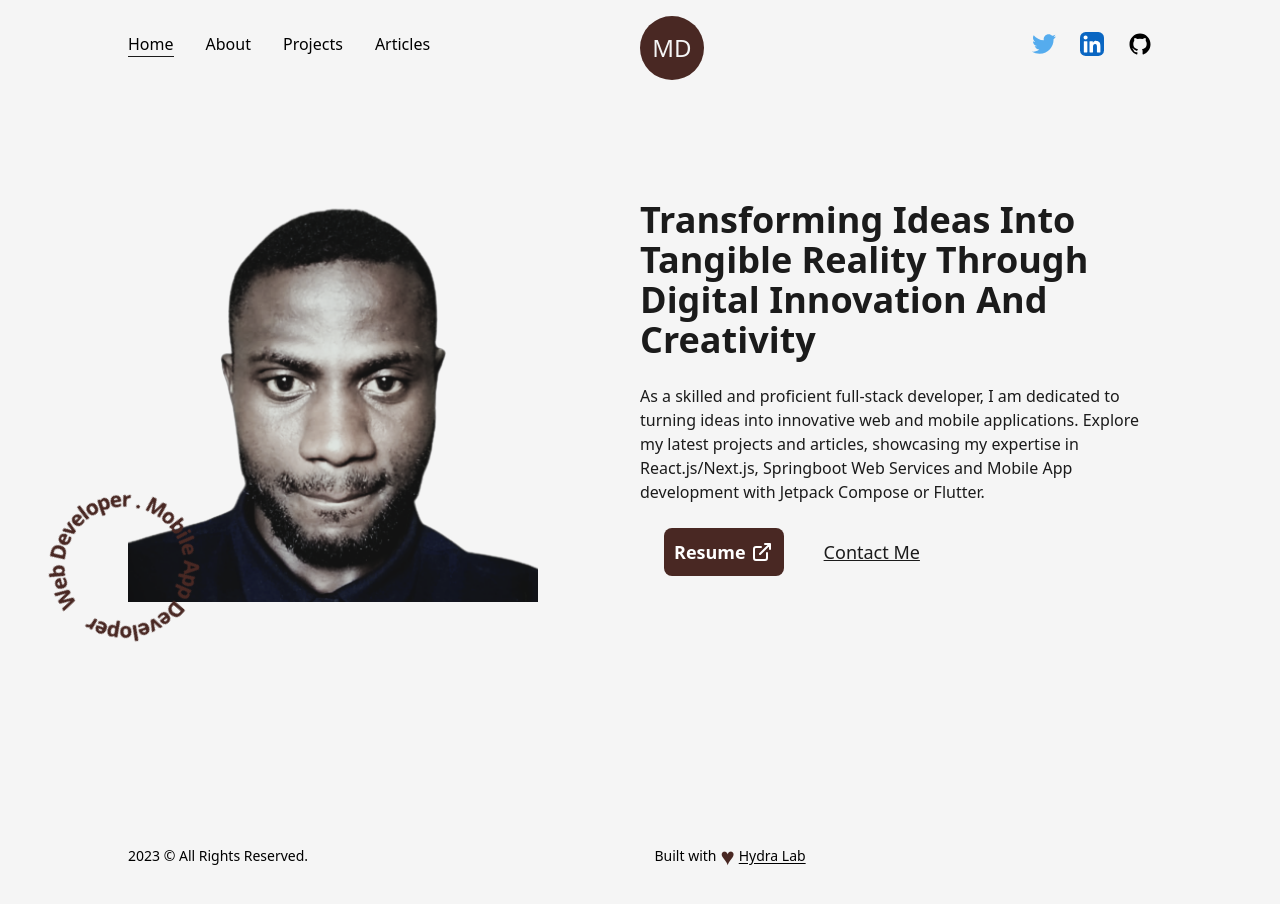
Repository: marcusdashe/situs
Page: /
An editor plug-in stored every save of this project. The page is shown before and after the next save, followed by the edit.
The browser window is 1280 px wide. The pictures show the whole page.
The project was rebuilt for these pictures with package versions that can differ from the ones it lists, and the page was loaded fresh each time. The framework's server and built-in components were replaced by stand-ins that run in the browser.

Above is the page before, as saved 2023-06-16 18:13:00.

### src/pages/_app.js
import Footer from "@/components/Footer";
import Navbar from "@/components/Navbar";
import "@/styles/globals.css";
import Head from "next/head";
// import { IBM_Plex_Sans } from "next/font/google";

// const ibm = IBM_Plex_Sans({
//   subsets: ["latin"],
//   variable: "--font-mont",
// });

export default function App({ Component, pageProps }) {
  return (
    <>
      <Head>
        <meta name="viewport" content="width=device-width, initial-scale=1" />
        <link rel="icon" href="/favicon.ico" />
      </Head>
      <main className={`  bg-light w-full min-h-screen`}>
        <Navbar />
        <Component {...pageProps} />
        <Footer />
      </main>
    </>
  );
}

### src/components/Footer.jsx
import React from "react";
import Layout from "./Layout";
import Link from "next/link";

const Footer = () => {
  return (
    <footer className="w-full border-t-1 border-solid border-primaryDark font-medium text-sm ">
      <Layout className="py-8 flex items-center justify-between">
        <span>{new Date().getFullYear()} &copy; All Rights Reserved.</span>
        <div className="flex items-center">
          Built with{" "}
          <span className="text-primaryDark text-2xl px-1">&hearts;</span>
          <Link href="/" className="underline underline-offset-2">
            Hydra Lab
          </Link>
        </div>
        <Link href="/"></Link>
      </Layout>
    </footer>
  );
};

export default Footer;

### src/components/Navbar.jsx
import React from "react";
import { useRouter } from "next/router";
import Link from "next/link";
import Logo from "./Logo";
import { TwitterIcon, GithubIcon, LinkedInIcon } from "./Icons";
import { motion } from "framer-motion";

const CustomLink = ({ href, title, className = "" }) => {
  const router = useRouter();

  return (
    <Link href={href} className={`${className} relative group`}>
      {title}
      <span
        className={`h-[1px] inline-block bg-dark absolute left-0 -bottom-0.5 group-hover:w-full transition-[width] ease duration-300 ${
          router.asPath === href ? "w-full" : "w-0"
        }`}
      >
        &nbsp;
      </span>
    </Link>
  );
};

const Navbar = () => {
  return (
    <header
      className="w-full px-32 py-8 font-medium
            flex items-center justify-between"
    >
      <nav>
        <CustomLink href="/" title="Home" className="mr-4" />
        <CustomLink href="/about" title="About" className="mx-4" />
        <CustomLink href="/projects" title="Projects" className="mx-4" />
        <CustomLink href="/articles" title="Articles" className="ml-4" />
      </nav>

      <nav className="flex items-center justify-center flex-wrap">
        <motion.a
          href="https://www.twitter.com/marcusdashe"
          target={"_blank"}
          whileHover={{
            y: -2,
          }}
          whileTap={{ scale: 0.9 }}
          className="w-6 mx-3"
        >
          <TwitterIcon className="" />
        </motion.a>
        <motion.a
          href="https://www.linkedin.com/in/marcus-dashe-15a088202"
          target={"_blank"}
          whileHover={{
            y: -2,
          }}
          whileTap={{ scale: 0.9 }}
          className="w-6 mx-3"
        >
          <LinkedInIcon />
        </motion.a>
        <motion.a
          href="https://www.github.com/marcusdashe"
          target={"_blank"}
          whileHover={{
            y: -2,
          }}
          whileTap={{ scale: 0.9 }}
          className="w-6 ml-3"
        >
          <GithubIcon />
        </motion.a>
      </nav>
      <div className="absolute left-[50%] top-2 translate-x-[-50]">
        <Logo />
      </div>
    </header>
  );
};

export default Navbar;

### src/styles/globals.css
@import url("https://fonts.googleapis.com/css2?family=IBM+Plex+Sans:ital,wght@0,100;0,200;0,300;1,100;1,200&family=Inter:wght@300;400;500;600;700;800;900&display=swap");

@tailwind base;
@tailwind components;
@tailwind utilities;

### src/components/Layout.jsx
import React from "react";

const Layout = ({ children, className = "" }) => {
  return (
    <div className={`${className} w-full inline-block z-0 bg-light p-32`}>
      {children}
    </div>
  );
};

export default Layout;

### src/components/AnimatedText.jsx
import React from "react";
import { motion } from "framer-motion";

const quote = {
  initial: {
    opacity: 1,
  },
  animate: {
    opacity: 1,
    transition: {
      delay: 0.5,
      staggerChildren: 0.08,
    },
  },
};

const singleWord = {
  initial: {
    opacity: 0,
    y: 50,
  },
  animate: {
    opacity: 1,
    y: 0,
    transition: {
      duration: 1,
    },
  },
};

const AnimatedText = ({ text, className = "" }) => {
  return (
    <div className="w-full mx-auto py-2 flex items-center justify-center text-center overflow-hidden ">
      <motion.h1
        className={`inline-block w-full text-dark font-bold capitalize text-4xl ${className}`}
        variants={quote}
        initial="initial"
        animate="animate"
      >
        {text.split(" ").map((word, index) => (
          <motion.span
            key={index}
            className="inline-block"
            variants={singleWord}
          >
            {word}&nbsp;
          </motion.span>
        ))}
      </motion.h1>
    </div>
  );
};

export default AnimatedText;

### src/components/HireMe.jsx
import React from "react";
import { CircularText } from "./Icons";

const HireMe = () => {
  return (
    <div className="fixed left-4 bottom-4 flex items-center justify-center overflow-hidden">
      <div className="w-48 h-auto flex items-center justify-center relative">
        <CircularText className="fill-primaryDark animate-spin-slow" />
      </div>
    </div>
  );
};

export default HireMe;

### src/components/Logo.jsx
"use client";

import React from "react";
import Link from "next/link";
import { motion } from "framer-motion";

const MotionLink = motion(Link);

const Logo = () => {
  return (
    <div className="flex items-center justify-center mt-2">
      <MotionLink
        href="/"
        className="w-16 h-16 bg-primaryDark text-light flex items-center
        justify-center rounded-full text-2xl  hover
      "
        whileHover={{
          scale: 1.5,
          backgroundColor: [
            "#121212",
            "rgba(131,58,180,1)",
            "rgba(253,29,29,1)",
            "rgba(252,176,69,1)",
            "rgba(131,58,180,1)",
            "#121212",
          ],
          transition: {
            duration: 1,
            repeat: Infinity,
          },
        }}
      >
        MD
      </MotionLink>
    </div>
  );
};

export default Logo;

### tailwind.config.js
/** @type {import('tailwindcss').Config} */
const { fontFamily } = require("tailwindcss/defaultTheme");

module.exports = {
  content: [
    // "./app/**/*.{js,ts,jsx,tsx,mdx}",
    // "./pages/**/*.{js,ts,jsx,tsx,mdx}",
    // "./components/**/*.{js,ts,jsx,tsx,mdx}",

    // Or if using `src` directory:
    "./src/**/*.{js,ts,jsx,tsx,mdx}",
  ],
  theme: {
    extend: {
      fontFamily: {
        // mont: ["var(--font-mont)", ...fontFamily.sans],
      },
      colors: {
        dark: "#1b1b1b",
        light: "#f5f5f5",
        primary: "#B63E96", // 240,86,199
        primaryDark: "#492823", // 80,230,217
      },
      animation: {
        "spin-slow": "spin 5s linear infinite",
      },
    },
  },
  plugins: [],
};

Loaded but not shown: src/pages/index.js (67 lines, source omitted); src/components/Icons.jsx (474 lines, source omitted)

After the next save:
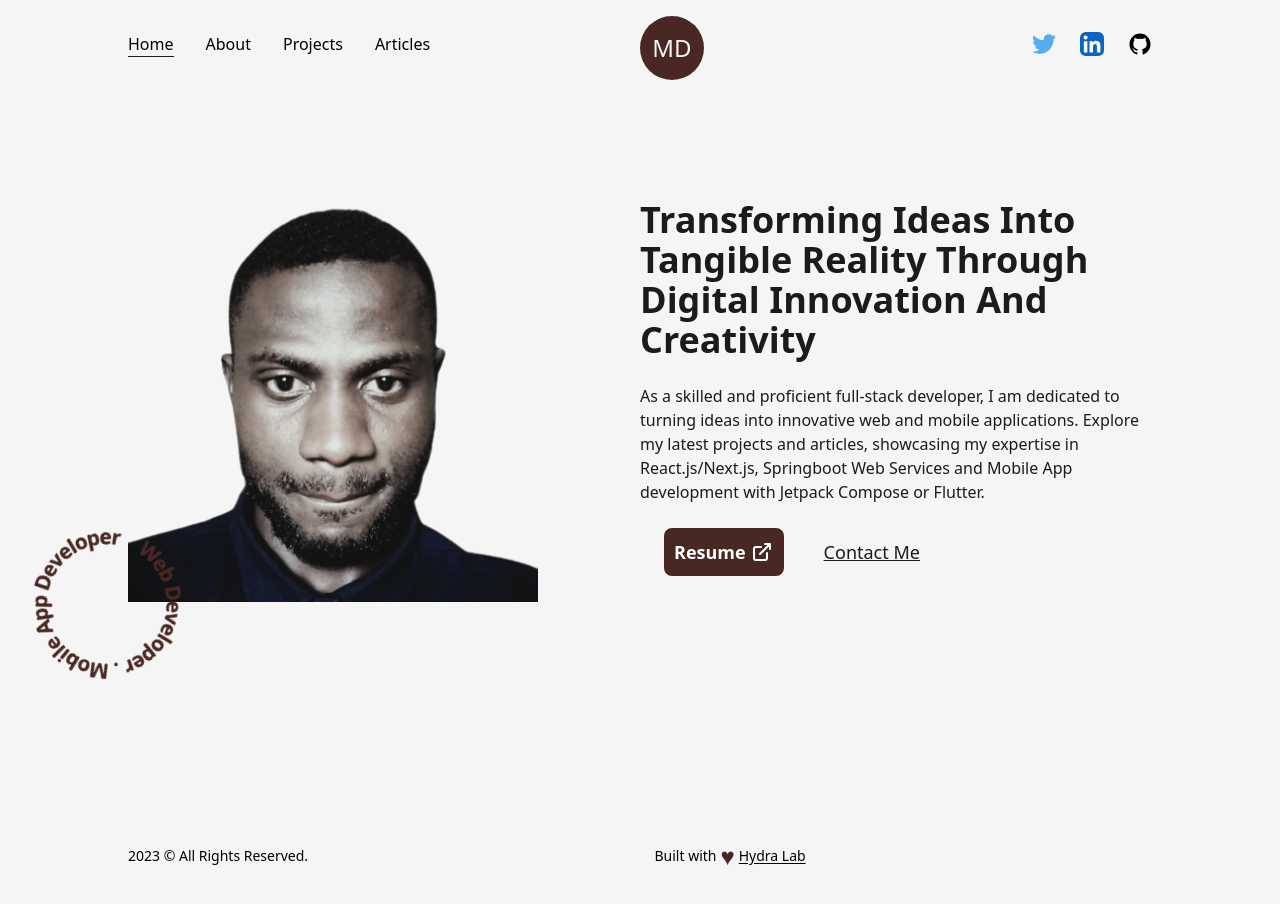
Saved 8 s later.
--- a/tailwind.config.js
+++ b/tailwind.config.js
@@ -22,7 +22,7 @@ module.exports = {
         primaryDark: "#492823", // 80,230,217
       },
       animation: {
-        "spin-slow": "spin 5s linear infinite",
+        "spin-slow": "spin 10s linear infinite",
       },
     },
   },
